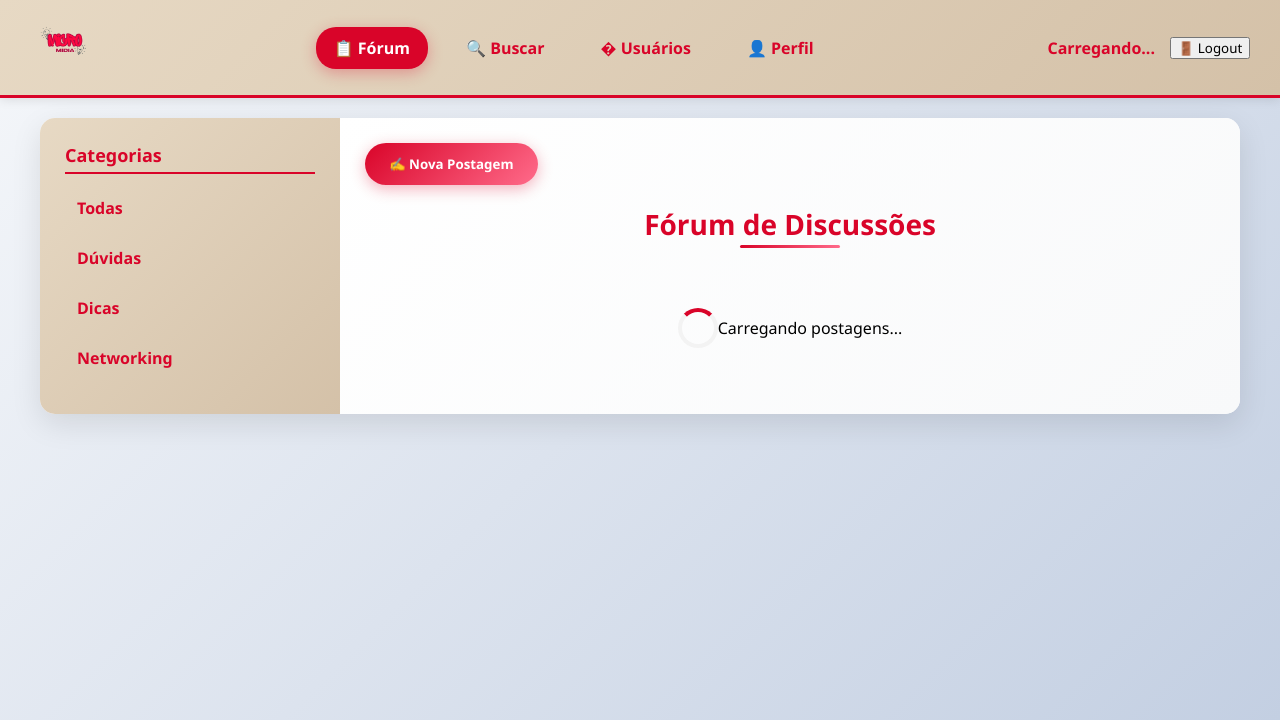
Repository: annaluizapm/MicroMidia
Page: front/HTML/forum.html
An editor plug-in stored every save of this project. The page is shown before and after the next save, followed by the edit.
The browser window is 1280 px wide. The pictures show the whole page.
The page's requests for data from a server got no answer.

Above is the page before, as saved 2025-09-05 11:53:29.

After the next save:
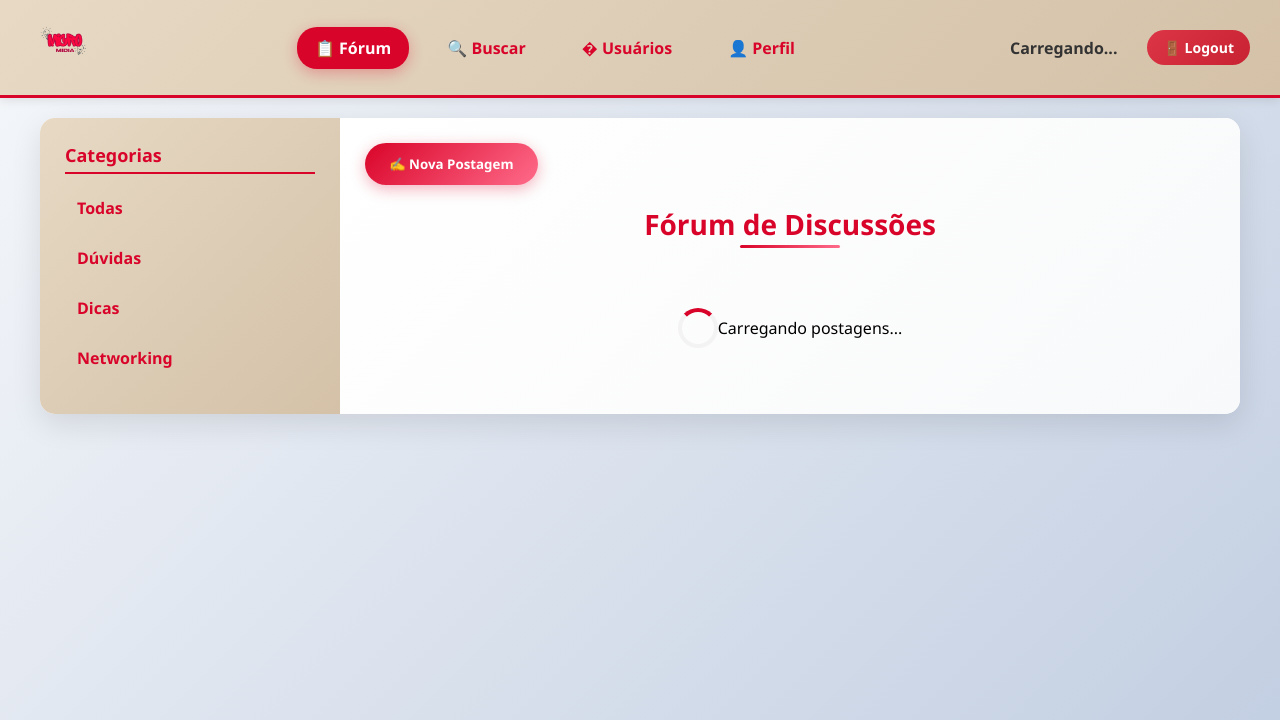
Saved 9 s later.
--- a/front/HTML/forum.html
+++ b/front/HTML/forum.html
@@ -182,6 +182,35 @@
         @keyframes spin {
             0% { transform: rotate(0deg); }
             100% { transform: rotate(360deg); }
+        }
+
+        .btn-logout {
+            background: linear-gradient(135deg, #dc3545 0%, #c82333 100%);
+            color: white;
+            border: none;
+            padding: 8px 16px;
+            border-radius: 20px;
+            cursor: pointer;
+            font-size: 14px;
+            font-weight: 600;
+            margin-left: 15px;
+            transition: all 0.3s ease;
+        }
+
+        .btn-logout:hover {
+            background: linear-gradient(135deg, #c82333 0%, #a71e2a 100%);
+            transform: translateY(-2px);
+            box-shadow: 0 4px 12px rgba(220, 53, 69, 0.3);
+        }
+
+        .user-info {
+            display: flex;
+            align-items: center;
+        }
+
+        #user-name-display {
+            font-weight: 600;
+            color: #333;
         }
     </style>
 </head>
